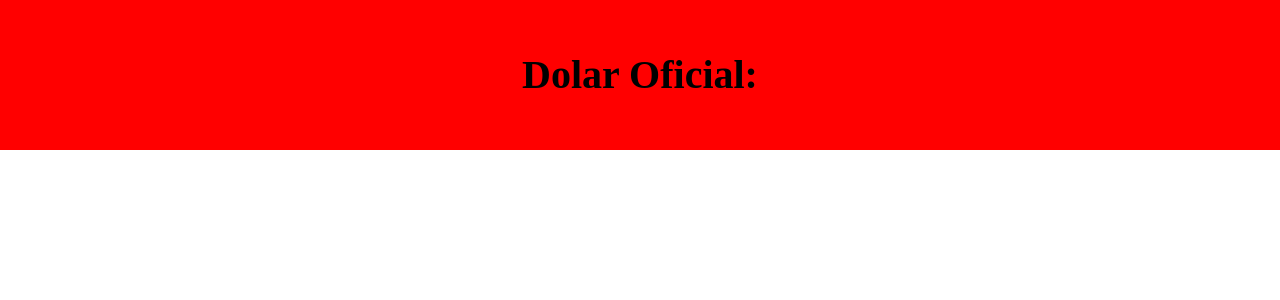
Repository: matias4633/Bill-Metal
Page: BillMetal/widget/BillMetal/index.html
The author's editor kept a copy of each file at every save. The page is drawn from the files as they stood at one save, then again after the next save.
The browser window is 1280 px wide. The pictures show the whole page.
The page's requests for data from a server got no answer.

Above is the page before, as saved 2022-07-15 02:00:42.
Console error (its wording comes from the project's code and is left out).

### BillMetal/widget/BillMetal/index.html
<!DOCTYPE html>
<html>

<head>
  <meta charset="UTF-8">
  <link rel="stylesheet" type="text/css" href="css/style.css">
  <script src="js/main.js"></script>
  <style></style>
</head>

<body>
  <div id="page">
    <div id="container">
      <p id="content-text">Dolar Oficial: <div id="oficial"></div> ></p>
    </div>
  </div>
</body>

</html>

### BillMetal/widget/BillMetal/css/style.css
html,
body {
  width: 100%;
  height: 100%;
  margin: 0;
  padding: 0;
}

p {
	color:black;
}

#page {
  background-color: white;
  color: #fff;
  height: 100%;
  position: relative;
  width: 100%;
}

#container {
  width: 100%;
  height: 100%;
}

#content-text {
  font-weight: bold;
  font-size: 40px;

  line-height: 150px;
  margin: 0;
  text-align: center;
  background:red
}

#oficial {
	background: blue;
	font-weight: bold;
	font-size: 40px;
	text-align: center;
}

### BillMetal/widget/BillMetal/js/main.js
window.onload = function() {
  console.log('+[window.onload]');
  // Do nothing now
  const url = 'https://criptoya.com/api/dolar';

  let respuesta= new XMLHttpRequest();
  respuesta.open('GET',url);

  respuesta.onreadystatechange=function(){

      if(respuesta.readyState === XMLHttpRequest.DONE){

          let respuestaJson= JSON.parse(this.responseText);
          console.log(respuestaJson);
          document.getElementById('oficial').innerText = respuestaJson.oficial;
      }
  };
  respuesta.send();

};

After the next save:
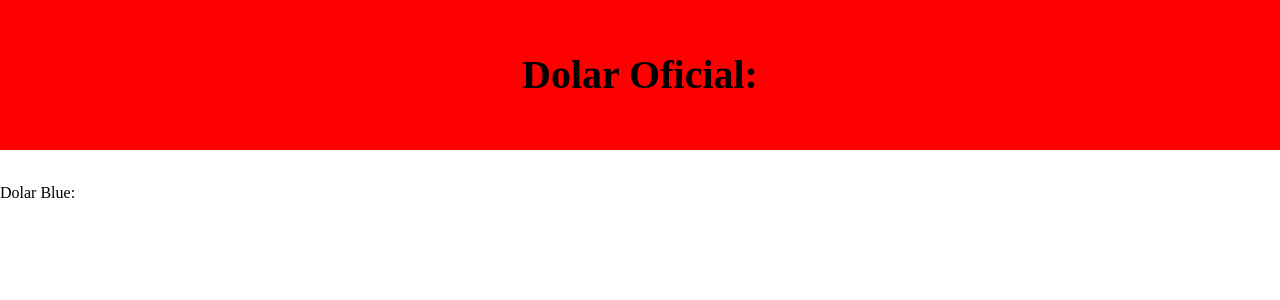
Saved 6 min 0 s later.
--- a/BillMetal/widget/BillMetal/index.html
+++ b/BillMetal/widget/BillMetal/index.html
@@ -11,7 +11,8 @@
 <body>
   <div id="page">
     <div id="container">
-      <p id="content-text">Dolar Oficial: <div id="oficial"></div> ></p>
+      <p id="texto-oficial">Dolar Oficial: <div id="oficial"></div> ></p>
+      <p id="texto-blue">Dolar Blue: <div id="blue"></div> </p>
     </div>
   </div>
 </body>
--- a/BillMetal/widget/BillMetal/css/style.css
+++ b/BillMetal/widget/BillMetal/css/style.css
@@ -23,7 +23,7 @@ p {
   height: 100%;
 }
 
-#content-text {
+#texto-oficial {
   font-weight: bold;
   font-size: 40px;
 
--- a/BillMetal/widget/BillMetal/js/main.js
+++ b/BillMetal/widget/BillMetal/js/main.js
@@ -13,8 +13,11 @@ window.onload = function() {
           let respuestaJson= JSON.parse(this.responseText);
           console.log(respuestaJson);
           document.getElementById('oficial').innerText = respuestaJson.oficial;
+          document.getElementById('blue').innerText= respuestaJson.blue;
       }
   };
   respuesta.send();
 
+
+
 };
